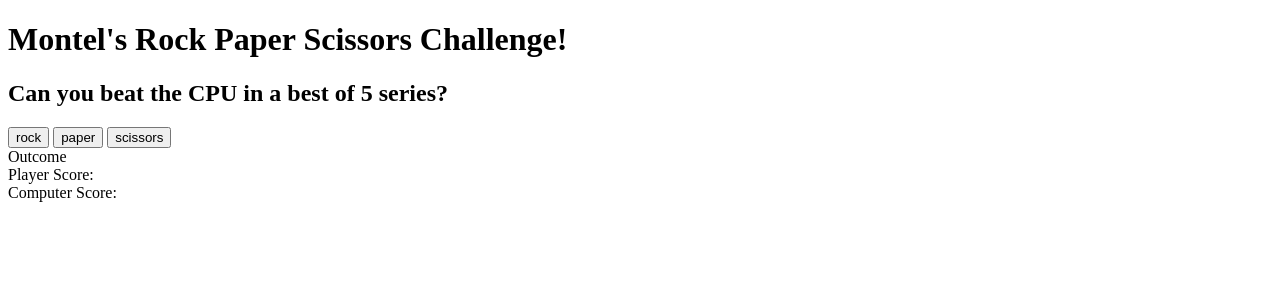
Repository: mnhardy1504/odin-recipes1
Page: repos/member-montel-rockpaperscissors/index.html
An editor plug-in stored every save of this project. The page is shown before and after the next save, followed by the edit.
The browser window is 1280 px wide. The pictures show the whole page.

Above is the page before, as saved 2023-11-02 22:06:06.

### repos/member-montel-rockpaperscissors/index.html
<!DOCTYPE html>
<html>
<head>
  <meta charset="UTF-8">
  <title>Page Title</title>
  <script src="index.js"></script>
</head>
<body>
  <h1> Montel's Rock Paper Scissors Challenge! </h1>
  <h2> Can you beat the CPU in a best of 5 series? </h2>
<button onclick="playRound('rock', getComputerChoice())">rock</button>
<button onclick="playRound('paper', getComputerChoice())">paper</button>
<button onclick="playRound('scissors', getComputerChoice())">scissors</button>
 <div id="reply">Outcome</div>
 <div id="logs"></div>
 <div id="result"></div>
 <div id="playerscore">Player Score: </div>
 <div id="computerscore">Computer Score: </div>
</body>
</html>

### repos/member-montel-rockpaperscissors/index.js
function getComputerChoice() {
  const choices = ['rock', 'paper', 'scissors'];
  const randomIndex = Math.floor(Math.random() * choices.length);
  return choices[randomIndex];
}

let playerScore = 0;
let computerScore = 0;

function playRound(playerSelection, computerSelection) {
  playerSelection = playerSelection.toLowerCase();
  const outputElement = document.getElementById('reply');
  let reply = "";

  if (playerSelection === 'rock' && computerSelection === 'scissors') {
      reply = 'You Win! Rock beats Scissors';
      playerScore++;
  } else if (playerSelection === 'paper' && computerSelection === 'rock') {
      reply = 'You Win! Paper beats Rock';
      playerScore++;
  } else if (playerSelection === 'scissors' && computerSelection === 'paper') {
      reply = 'You Win! Scissors beats Paper';
      playerScore++;
  } else if (playerSelection === computerSelection) {
      reply = "It's a tie!";
  } else {
      reply = `You Lose! ${computerSelection} beats ${playerSelection}`;
      computerScore++;
  }

  outputElement.textContent = reply;
  log(reply);

  // Update the running score
  updatePlayerScore(playerScore);
  updateComputerScore(computerScore);

  // Check for a winner after each round
  if (playerScore === 5) {
      updateMessage('Congratulations! You won the game!');
      playerScore = 0;
      computerScore = 0;
  } else if (computerScore === 5) {
      updateMessage('Sorry, you lose the game.');
      playerScore = 0;
      computerScore = 0;
  }
}

function updateMessage(message) {
  const gameMessages = document.getElementById('result');
  gameMessages.textContent = message;
}

function updatePlayerScore(score) {
  const playerScoreElement = document.getElementById('playerscore');
  playerScoreElement.textContent = 'Player Score: ' + score;
}

function updateComputerScore(score) {
  const computerScoreElement = document.getElementById('computerscore');
  computerScoreElement.textContent = 'Computer Score: ' + score;
}

// if (playerScore > computerScore) {
//   log('Congratulations! You win the game!');
// } else if (playerScore < computerScore) {
//   log('Sorry, you lose the game.');
// } else {
//   log("It's a tie game.");
// }

function log(text) {
  const logsDiv = document.getElementById('logs');
  const paragraph = document.createElement('p');
  paragraph.textContent = text;
  logsDiv.appendChild(paragraph);
}

After the next save:
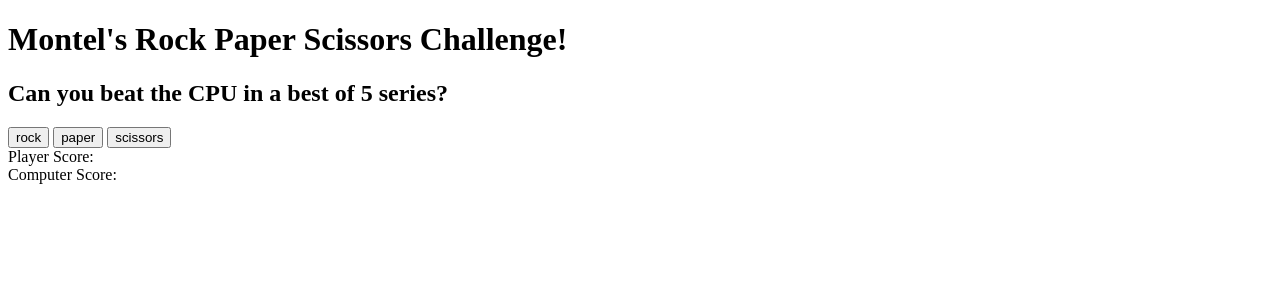
Saved 26 s later.
--- a/repos/member-montel-rockpaperscissors/index.html
+++ b/repos/member-montel-rockpaperscissors/index.html
@@ -11,7 +11,7 @@
 <button onclick="playRound('rock', getComputerChoice())">rock</button>
 <button onclick="playRound('paper', getComputerChoice())">paper</button>
 <button onclick="playRound('scissors', getComputerChoice())">scissors</button>
- <div id="reply">Outcome</div>
+ <div id="reply"></div>
  <div id="logs"></div>
  <div id="result"></div>
  <div id="playerscore">Player Score: </div>
